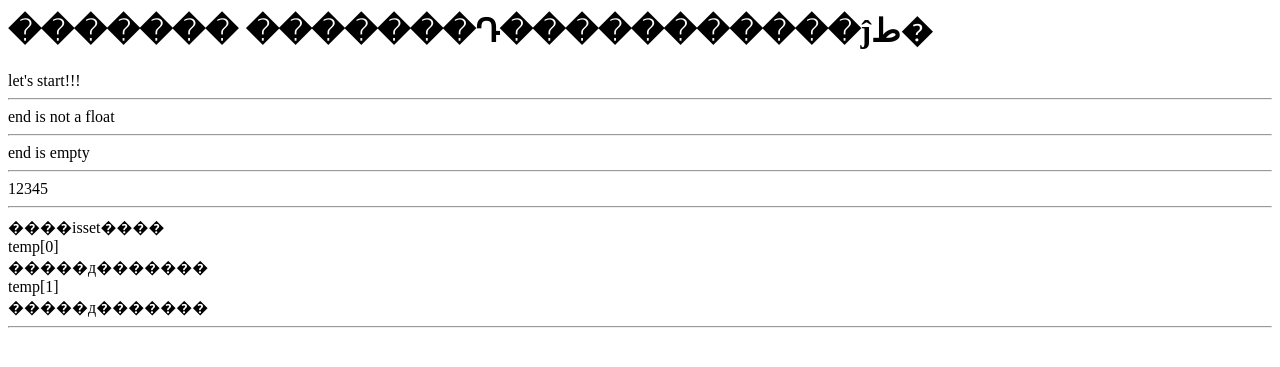
Repository: hanliyao/HelloWorld
Page: http://localhost/core/Common/testUnit.php
The author's editor kept a copy of each file at every save. The page is drawn from the files as they stood at one save, then again after the next save.
The browser window is 1280 px wide. The pictures show the whole page.
The page is run by PHP 8.4 with error messages shown; the project is at /var/www/html/.

Above is the page before, as saved 2016-02-05 01:39:22.

After the next save:
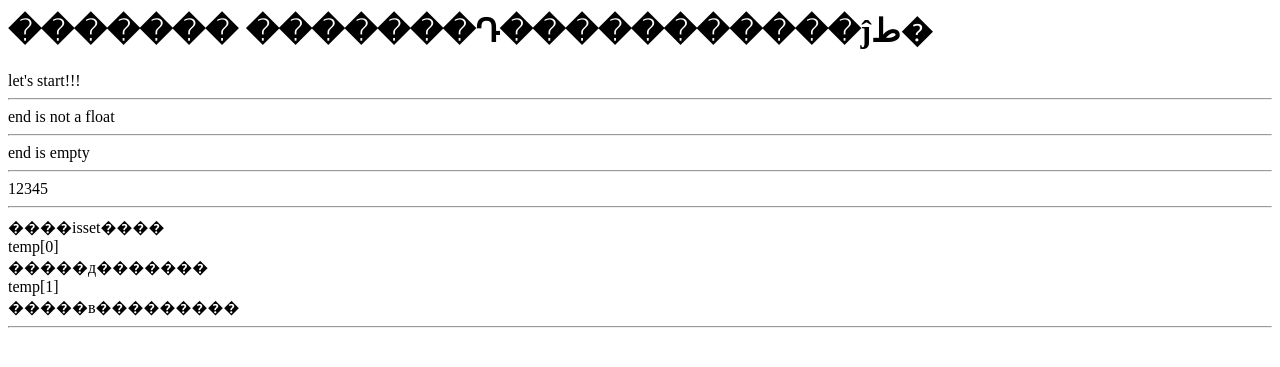
Saved 5 s later.
--- a/HelloWorld/core/Common/testUnit.php
+++ b/HelloWorld/core/Common/testUnit.php
@@ -49,7 +49,7 @@
                echo "鑒莉櫓꼇닸瞳鑒앴<br>";
            }
            echo "temp[1]<br>";
-           if(isset($temp[0]))
+           if(isset($temp[1]))
            {
                echo "鑒莉櫓닸瞳鑒앴<br>";
            }else {
